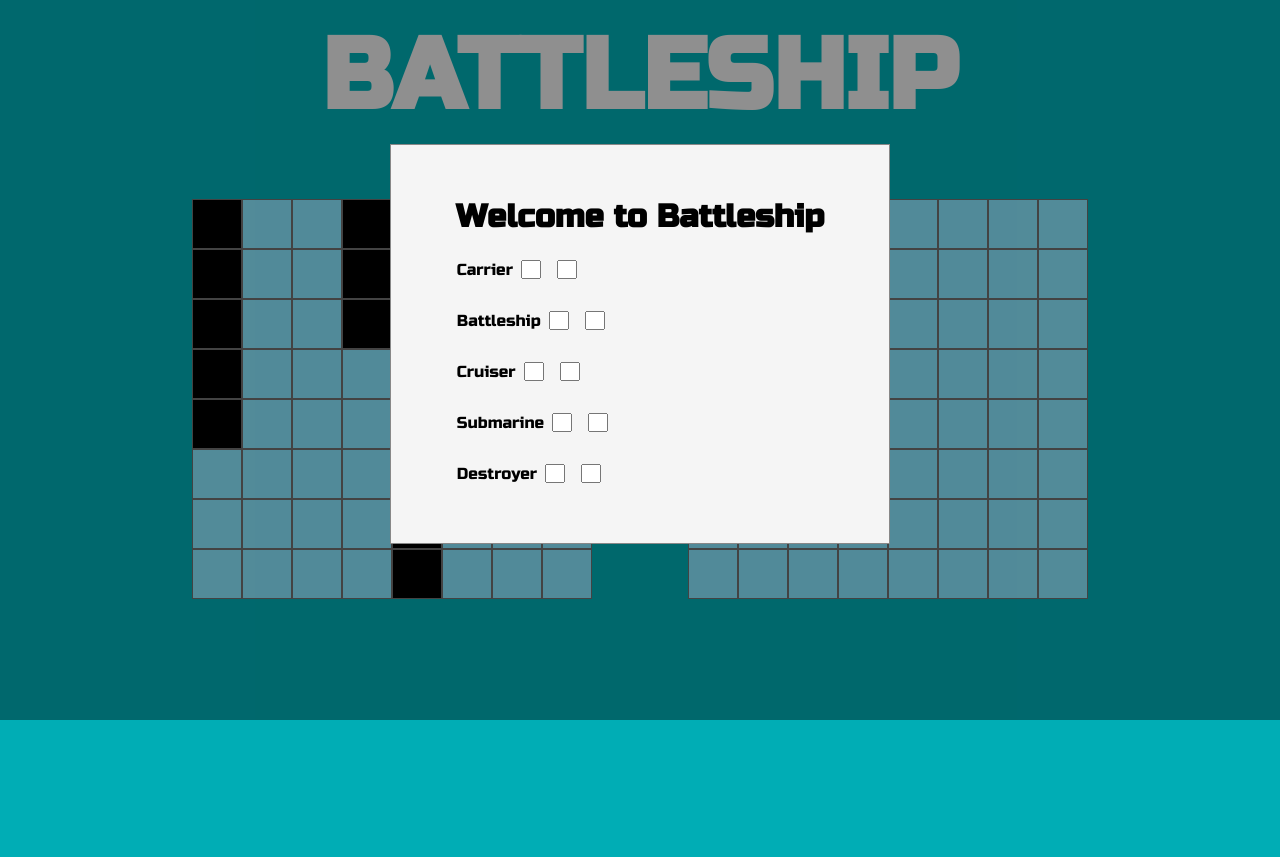
Repository: AzharMoosa/battleship
Page: /
These files come from the project's save history. The page is drawn as it stood at one moment and after the next save; the edit follows.
The browser window is 1280 px wide. The pictures show the whole page.
The project was rebuilt for these pictures with package versions that can differ from the ones it lists, and the page was loaded fresh each time.

Above is the page before, as saved 2020-07-09 10:13:59.

### src/App.js
import React from "react";
import Header from "./components/Header";
import Board from "./components/Board";
import { PlayersProvider } from "./context/PlayersContext";
import "./App.css";

function App() {
  return (
    <PlayersProvider>
      <div>
        <Header />
        <Board />
      </div>
    </PlayersProvider>
  );
}

export default App;

### src/components/Header.js
import React from "react";

const Header = () => {
  return (
    <div className='header'>
      <h1>Battleship</h1>
    </div>
  );
};

export default Header;

### src/components/Board.js
import React, { useState, Fragment } from "react";
import Square from "./Square";
import PlainSquare from "./PlainSquare";
import Player from "../functions/Player";
import Gameboard from "../functions/Gameboard";
import Overlay from "./Overlay";
import HitMiss from "./HitMiss";
import PlaceShip from "./PlaceShip";
import { v4 as uuidv4 } from "uuid";

const Board = () => {
  // eslint-disable-next-line
  const [player, setPlayer] = useState(Player(false));
  // eslint-disable-next-line
  const [computer, setComputer] = useState(Player(true));
  const [playerBoard, setPlayerBoard] = useState(Gameboard());
  const [computerBoard, setComputerBoard] = useState(Gameboard());
  const [playerTurn, setPlayerTurn] = useState(true);

  const getOutcome = (hit) => {
    let outcome = document.querySelector(".hit-miss-outcome");
    if (hit === true) {
      outcome.innerHTML = "Hit!";
    } else {
      outcome.innerHTML = "Miss!";
    }
  };

  const startGame = () => {
    playerBoard.placeShip(0, 0, player.ships[0], 1);
    playerBoard.placeShip(4, 4, player.ships[1], 1);
    playerBoard.placeShip(3, 0, player.ships[2], 1);
    playerBoard.placeShip(5, 0, player.ships[3], 1);
    playerBoard.placeShip(7, 0, player.ships[4], 1);

    computerBoard.placeShip(0, 0, computer.ships[0], 0);
    computerBoard.placeShip(4, 2, computer.ships[1], 0);
    computerBoard.placeShip(0, 3, computer.ships[2], 0);
    computerBoard.placeShip(3, 5, computer.ships[3], 0);
    computerBoard.placeShip(0, 7, computer.ships[4], 0);
  };

  const getBoardElm = (elm) => {
    if (elm !== "") {
      return "square ship";
    } else {
      return "square";
    }
  };

  const displayModal = (name) => {
    let modal = document.querySelector(".modal");
    let title = document.querySelector(".winner-name");
    let overlay = document.querySelector(".overlay");
    modal.style.display = "block";
    overlay.style.display = "none";
    if (name === "Computer") {
      title.innerHTML = "Computer Wins";
    } else if (name === "Player") {
      title.innerHTML = "Player Wins";
    }
  };

  const resetGame = () => {
    setPlayer(Player(false));
    setComputer(Player(true));
    setPlayerBoard(Gameboard());
    setComputerBoard(Gameboard());
    setPlayerTurn(true);
    let modal = document.querySelector(".modal");
    let overlay = document.querySelector(".overlay");
    let outcome = document.querySelector(".hit-miss-outcome");
    modal.style.display = "none";
    overlay.style.display = "grid";
    outcome.innerHTML = "";
  };

  const gameOver = () => {
    if (playerBoard.allShipSunk(player.ships)) {
      displayModal("Computer");
    } else if (computerBoard.allShipSunk(computer.ships)) {
      displayModal("Player");
    }
  };

  const attackComputer = (e) => {
    if (playerTurn === true) {
      let updatedBoard = computerBoard;
      // Get Coord
      let coords = e.target.id.split(",");
      let x = coords[1];
      let y = coords[0];
      player.attackEnemy(updatedBoard, parseInt(x), parseInt(y));
      if (computerBoard.grid[x][y] === "") {
        e.target.classList.add("ship-miss");
        getOutcome(false);
      } else {
        e.target.classList.add("ship-hit");
        getOutcome(true);
      }
      setComputerBoard(updatedBoard);
      setPlayerTurn(false);
    }
    computerTurn();
  };

  const computerTurn = () => {
    if (playerTurn === true) {
      let updatedBoard = playerBoard;
      let randomCoords = computer.getRandomCoords();
      let square = document.getElementById(randomCoords);
      let coords = randomCoords.split(",");
      let x = coords[1];
      let y = coords[0];
      computer.computerAttack(updatedBoard, x, y);
      if (playerBoard.grid[x][y] === "") {
        square.classList.add("ship-miss");
      } else {
        square.classList.add("ship-hit");
      }
      gameOver();
      setPlayerBoard(updatedBoard);
      setPlayerTurn(true);
    }
  };

  return (
    <Fragment>
      <PlaceShip />
      <div className='container'>
        <HitMiss />
        <div className='game-boards'>
          {startGame()}
          <div className='game-board'>
            {playerBoard.grid.map((col, j) =>
              col.map((elm, i) => (
                <Square
                  key={uuidv4()}
                  elm={elm}
                  getBoardElm={getBoardElm}
                  id={`${i},${j}`}
                />
              ))
            )}
          </div>

          <div className='comp'>
            <div className='game-board comp-board'>
              {computerBoard.grid.map((col, j) =>
                col.map((elm, i) => (
                  <Square
                    key={uuidv4()}
                    elm={elm}
                    getBoardElm={getBoardElm}
                    attackComputer={attackComputer}
                    id={`${i},${j}`}
                  />
                ))
              )}
            </div>
            <div className='overlay game-board'>
              {computerBoard.grid.map((col, j) =>
                col.map((elm, i) => <PlainSquare key={uuidv4()} />)
              )}
            </div>
          </div>
        </div>
        <Overlay resetGame={resetGame} />
      </div>
    </Fragment>
  );
};

export default Board;

### src/context/PlayersContext.js
import React, { useState, createContext } from "react";
import Player from "../functions/Player";
import Gameboard from "../functions/Gameboard";

export const PlayersContext = createContext();

export const PlayersProvider = (props) => {
  const [players, usePlayers] = useState([
    // Player
    {
      player: Player(false),
      board: Gameboard(),
    },
    // Computer
    {
      player: Player(true),
      board: Gameboard(),
    },
  ]);

  return (
    <PlayersContext.Provider value={[players, usePlayers]}>
      {props.children}
    </PlayersContext.Provider>
  );
};

### src/App.css
@import url("https://fonts.googleapis.com/css2?family=Russo+One&display=swap");

:root {
  --bg-primary: #00adb5;
  --bg-light: #eeeeee;
  --bg-dark: #222831;
}

* {
  margin: 0;
  padding: 0;
  box-sizing: border-box;
}

body {
  font-family: "Russo One", sans-serif;
  background-color: var(--bg-primary);
}

.header {
  text-align: center;
}

.header h1 {
  color: var(--bg-light);
  font-size: 100px;
  text-transform: uppercase;
  margin-top: 1rem;
}

.game-boards {
  display: flex;
  align-items: center;
  justify-content: space-between;
  width: 70%;
  height: 55vh;
  margin: 3rem auto;
}

.game-board {
  display: grid;
  grid-template-columns: repeat(8, 1fr);
  width: 400px;
  height: 400px;
}

.square {
  border: 1px solid #707070;
  background-color: rgb(136, 231, 255);
  width: 50px;
  height: 50px;
  pointer-events: auto !important;
  cursor: pointer;
}

.plain-square {
  border: 1px solid #707070;
  background-color: rgb(136, 231, 255);
  width: 50px;
  height: 50px;
  pointer-events: none !important;
  cursor: pointer;
}

.ship {
  background-color: #000;
}

.ship-hit {
  background-color: rgb(255, 77, 77) !important;
  pointer-events: none !important;
}

.ship-miss {
  background-color: #fff !important;
  pointer-events: none !important;
}

.comp {
  display: grid;
}

.comp-board,
.overlay {
  grid-area: 1 / 1;
}

.container {
  display: flex;
  flex-direction: column;
  height: 100vh;
}

.overlay {
  pointer-events: none;
}

.start {
  /* display: none; */
  position: fixed;
  z-index: 1;
  left: 0;
  top: 0;
  width: 100%;
  height: 100%;
  background-color: rgb(0, 0, 0);
  background-color: rgba(0, 0, 0, 0.4);
}

.start-content {
  background-color: #f5f5f5;
  margin: 20vh auto;
  padding: 20px;
  border: 1px solid #888;
  width: 500px;
  height: 400px;
  display: flex;
  flex-direction: column;
  align-items: center;
  justify-content: center;
}

.coord-inputs {
  display: flex;
  align-items: center;
  width: 80%;
  margin-top: 1rem;
}

.coord-input {
  margin: 0.5rem;
  width: 20px;
}

.modal {
  display: none;
  position: fixed;
  z-index: 1;
  left: 0;
  top: 0;
  width: 100%;
  height: 100%;
  background-color: rgb(0, 0, 0);
  background-color: rgba(0, 0, 0, 0.4);
}

.modal-content-results {
  background-color: #f5f5f5;
  margin: 30vh auto;
  padding: 20px;
  border: 1px solid #888;
  width: 400px;
  height: 200px;
  display: flex;
  flex-direction: column;
  align-items: center;
  justify-content: center;
}

.winner-name {
  text-align: center;
  margin-bottom: 2rem;
  font-size: 40px;
}

.btn-primary {
  background-color: var(--bg-dark);
  color: #fff;
  width: 150px;
  height: 50px;
  font-size: 20px;
  border: none;
  outline: none;
  font-family: "Russo One", sans-serif;
  border-radius: 20px;
  cursor: pointer;
}

.hit-miss {
  display: flex;
  align-items: center;
  justify-content: center;
  margin-top: 1rem;
}

.hit-miss-outcome {
  color: #fff;
  font-size: 50px;
}

@media (min-width: 1700px) {
  .game-boards {
    height: 70vh;
    width: 80%;
  }

  .game-board {
    width: 650px;
    height: 650px;
  }

  .square,
  .plain-square {
    width: 81.25px;
    height: 81.25px;
  }
}

@media (max-width: 1200px) {
  .game-boards {
    height: 70vh;
    width: 80%;
    display: flex;
    flex-direction: column;
  }

  .game-board {
    width: 500px;
    height: 500px;
  }

  .comp {
    margin-top: 3rem;
  }

  .square,
  .plain-square {
    width: 62.5px;
    height: 62.5px;
  }
}

@media (max-width: 768px) {
  .header h1 {
    font-size: 60px;
  }

  .game-boards {
    width: 80%;
    display: flex;
    flex-direction: column;
  }

  .game-board {
    width: 400px;
    height: 400px;
  }

  .comp {
    margin-top: 3rem;
  }

  .square,
  .plain-square {
    width: 50px;
    height: 50px;
  }
}

@media (max-width: 414px) {
  .header h1 {
    font-size: 40px;
  }

  .game-boards {
    width: 70%;
    display: flex;
    flex-direction: column;
  }

  .game-board {
    width: 300px;
    height: 300px;
  }

  .comp {
    margin-top: 3rem;
  }

  .square,
  .plain-square {
    width: 37.5px;
    height: 37.5px;
  }

  .modal-content-results {
    width: 300px;
  }

  .winner-name {
    font-size: 35px;
  }

  .btn-primary {
    background-color: var(--bg-dark);
    color: #fff;
    width: 150px;
    height: 50px;
    font-size: 20px;
    border: none;
    outline: none;
    font-family: "Russo One", sans-serif;
    border-radius: 20px;
    cursor: pointer;
  }
}

@media (max-width: 375px) {
  .header h1 {
    font-size: 35px;
  }

  .game-boards {
    width: 70%;
    display: flex;
    flex-direction: column;
  }

  .game-board {
    width: 280px;
    height: 280px;
  }

  .comp {
    margin-top: 3rem;
  }

  .square,
  .plain-square {
    width: 35px;
    height: 35px;
  }
}

@media (max-width: 320px) {
  .modal-content-results {
    width: 250px;
  }

  .winner-name {
    font-size: 30px;
  }
}

### src/components/Square.js
import React from "react";

const Square = ({ elm, attackComputer, getBoardElm, id }) => {
  return (
    <div className={getBoardElm(elm)} id={id} onClick={attackComputer}></div>
  );
};

export default Square;

### src/components/PlainSquare.js
import React from "react";

const PlainSquare = () => {
  return <div className='plain-square'></div>;
};

export default PlainSquare;

### src/functions/Player.js
import Ship from "./Ship";

const Player = (ai) => {
  let previousShots = [];

  // Create Ships
  let carrier = Ship("Carrier", 5);
  let battleship = Ship("Battleship", 4);
  let cruiser = Ship("Cruiser", 3);
  let submarine = Ship("Submarine", 3);
  let destroyer = Ship("Destroyer", 2);
  let ships = [carrier, battleship, cruiser, submarine, destroyer];

  const attackEnemy = (enemyBoard, x, y) => {
    if (!previousShots.includes([x, y])) {
      enemyBoard.receiveAttack(x, y);
      previousShots.push([parseInt(x), parseInt(y)]);
      return true;
    }
    return false;
  };

  const checkCoord = (x, y) => {
    previousShots.forEach((coords) => {
      if (
        parseInt(coords[1]) === parseInt(x) &&
        parseInt(coords[0]) === parseInt(y)
      ) {
        return true;
      }
    });
    return false;
  };

  const getRandomCoords = (gameboard) => {
    let maximum = 7;
    let minimum = 0;
    let x = 0;
    let y = 0;

    do {
      x = Math.floor(Math.random() * (maximum - minimum + 1)) + minimum;
      y = Math.floor(Math.random() * (maximum - minimum + 1)) + minimum;
    } while (checkCoord(x, y));
    return `${x},${y}`;
  };

  const computerAttack = (enemyBoard, x, y) => {
    enemyBoard.receiveAttack(x, y);
    previousShots.push([x, y]);
  };

  return { previousShots, ships, attackEnemy, computerAttack, getRandomCoords };
};

export default Player;

### src/functions/Gameboard.js
const Gameboard = () => {
  let previousShots = [];
  const grid = new Array(8).fill("");
  for (let i = 0; i < grid.length; i++) {
    grid[i] = new Array(8).fill("");
  }

  const getGrid = () => {
    return grid;
  };

  const getPreviousShots = () => {
    return previousShots;
  };

  const placeShip = (x, y, ship, orientation) => {
    // Horizontal Orientation = 0
    // Vertical Orientation = 1

    // Check If Ship Fits
    let shipLength = ship.length;

    if (orientation === 0) {
      for (let i = x; i < x + ship.length; i++) {
        if (grid[y][i] !== "" || x + shipLength > 8) {
          return false;
        }
        grid[y][i] = ship;
        ship.setShipCoords(y, i);
      }
    } else if (orientation === 1) {
      for (let i = y; i < y + ship.length; i++) {
        if (grid[i][x] !== "" || y + shipLength > 8) {
          return false;
        }
        grid[i][x] = ship;
        ship.setShipCoords(i, x);
      }
    }
    return true;
  };

  const flatten = (arr) => {
    return arr.join(" |-| ");
  };

  const receiveAttack = (x, y) => {
    // Check if ship is at position
    if (grid[x][y] !== "") {
      let ship = grid[x][y];
      let shipCoords = ship.getShipCoords();
      let arrSearch = shipCoords.map((row) => {
        return flatten(row);
      });
      let pos = arrSearch.indexOf(flatten([x, y]));
      if (!ship.isHit(pos)) {
        ship.hit(pos);
        return true;
      }
    }
    previousShots.push([x, y]);
    return false;
  };

  const allShipSunk = (ships) => {
    for (let i = 0; i < ships.length; i++) {
      if (!ships[i].isSunk()) {
        return false;
      }
    }

    return true;
  };

  return {
    grid,
    previousShots,
    getGrid,
    placeShip,
    receiveAttack,
    getPreviousShots,
    allShipSunk,
  };
};

export default Gameboard;

### src/components/Overlay.js
import React from "react";

const Overlay = ({ resetGame }) => {
  return (
    <div className='modal'>
      <div className='modal-content-results'>
        <h1 className='winner-name'>Player Wins</h1>
        <button className='btn-primary' onClick={resetGame}>
          Restart
        </button>
      </div>
    </div>
  );
};

export default Overlay;

### src/components/HitMiss.js
import React from "react";

const HitMiss = () => {
  return (
    <div className='hit-miss'>
      <h1 className='hit-miss-outcome'>{}</h1>
    </div>
  );
};

export default HitMiss;

### src/components/PlaceShip.js
import React, { useState } from "react";

const PlaceShip = () => {
  const [carrierX, setCarrierX] = useState("");
  const [carrierY, setCarrierY] = useState("");
  const [battleshipX, setBattleshipX] = useState("");
  const [battleshipY, setBattleshipY] = useState("");
  const [cruiserX, setCruiserX] = useState("");
  const [cruiserY, setCruiserY] = useState("");
  const [submarineX, setSubmarineX] = useState("");
  const [submarineY, setSubmarineY] = useState("");
  const [destroyerX, setDestroyerX] = useState("");
  const [destroyerY, setDestroyerY] = useState("");

  return (
    <div className='start'>
      <div className='start-content'>
        <h1>Welcome to Battleship</h1>
        <div className='coord-inputs'>
          <label htmlFor='carrier'>Carrier</label>
          <input
            type='text'
            onChange={(e) => setCarrierX(e.target.value)}
            className='coord-input'
          />
          <input
            type='text'
            onChange={(e) => setCarrierY(e.target.value)}
            className='coord-input'
          />
        </div>
        <div className='coord-inputs'>
          <label htmlFor='battleship'>Battleship</label>
          <input
            type='text'
            onChange={(e) => setBattleshipX(e.target.value)}
            className='coord-input'
          />
          <input
            type='text'
            onChange={(e) => setBattleshipY(e.target.value)}
            className='coord-input'
          />
        </div>
        <div className='coord-inputs'>
          <label htmlFor='cruiser'>Cruiser</label>
          <input
            type='text'
            onChange={(e) => setCruiserX(e.target.value)}
            className='coord-input'
          />
          <input
            type='text'
            onChange={(e) => setCruiserY(e.target.value)}
            className='coord-input'
          />
        </div>
        <div className='coord-inputs'>
          <label htmlFor='submarine'>Submarine</label>
          <input
            type='text'
            onChange={(e) => setSubmarineX(e.target.value)}
            className='coord-input'
          />
          <input
            type='text'
            onChange={(e) => setSubmarineY(e.target.value)}
            className='coord-input'
          />
        </div>
        <div className='coord-inputs'>
          <label htmlFor='destroyer'>Destroyer</label>
          <input
            type='text'
            onChange={(e) => setDestroyerX(e.target.value)}
            className='coord-input'
          />
          <input
            type='text'
            onChange={(e) => setDestroyerY(e.target.value)}
            className='coord-input'
          />
        </div>
      </div>
    </div>
  );
};

export default PlaceShip;

### src/functions/Ship.js
const Ship = (name, length) => {
  // Fills ship with false
  const ship = new Array(length).fill(false);
  let shipCoords = [];

  // Hit
  const hit = (pos) => (ship[pos] = true);

  // If Ship Sunk
  const isSunk = () => {
    return ship.every((v) => v === true);
  };

  const isHit = (pos) => {
    return ship[pos] === true ? true : false;
  };

  // Returns ship
  const getShip = () => {
    return ship;
  };

  const setShipCoords = (x, y) => {
    shipCoords.push([x, y]);
  };

  const getShipCoords = () => {
    return shipCoords;
  };

  return {
    name,
    ship,
    length,
    hit,
    isSunk,
    isHit,
    getShip,
    setShipCoords,
    getShipCoords,
  };
};

export default Ship;

Loaded but not shown: public/index.html (common file); src/index.js (common file)

After the next save:
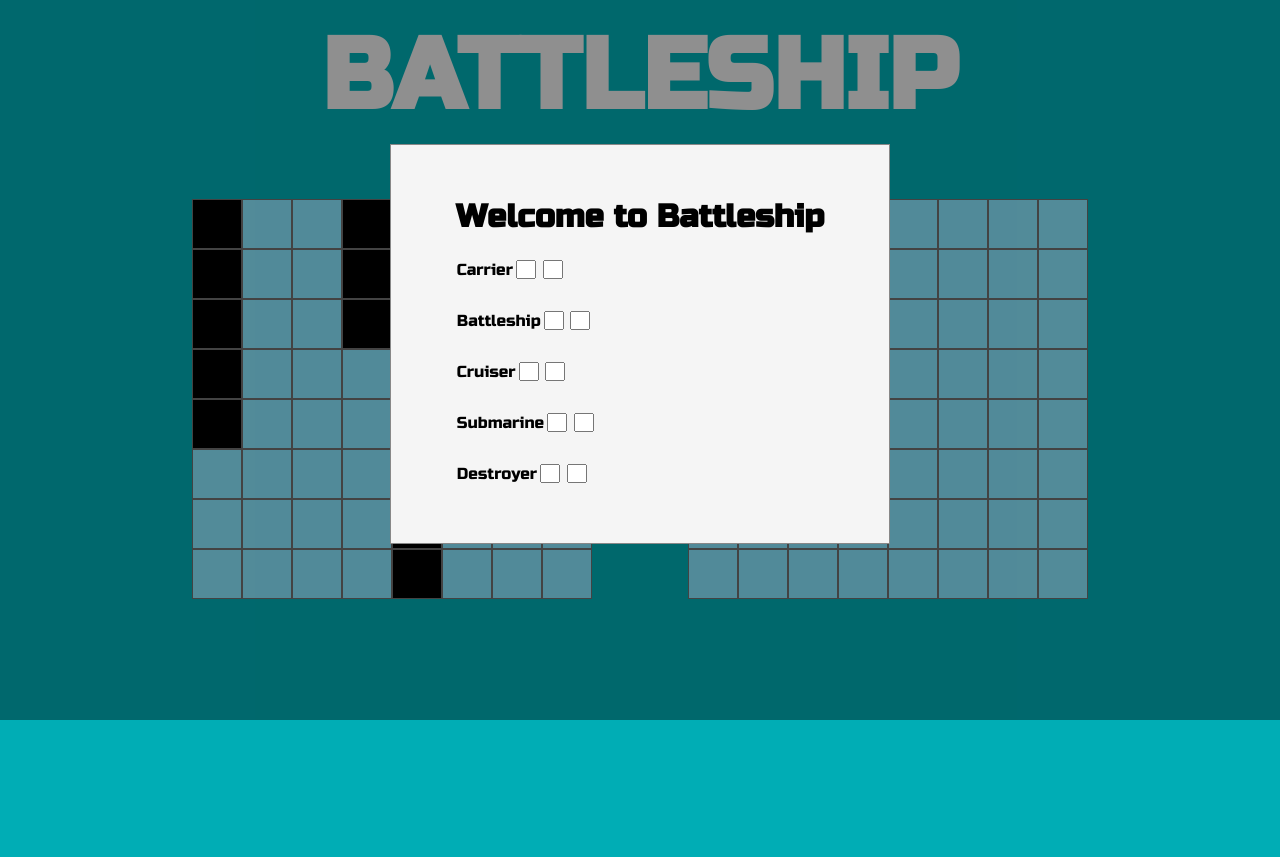
Saved 7 s later.
--- a/src/App.css
+++ b/src/App.css
@@ -128,7 +128,7 @@ body {
 }
 
 .coord-input {
-  margin: 0.5rem;
+  margin: 0.5rem 0.2rem;
   width: 20px;
 }
 
